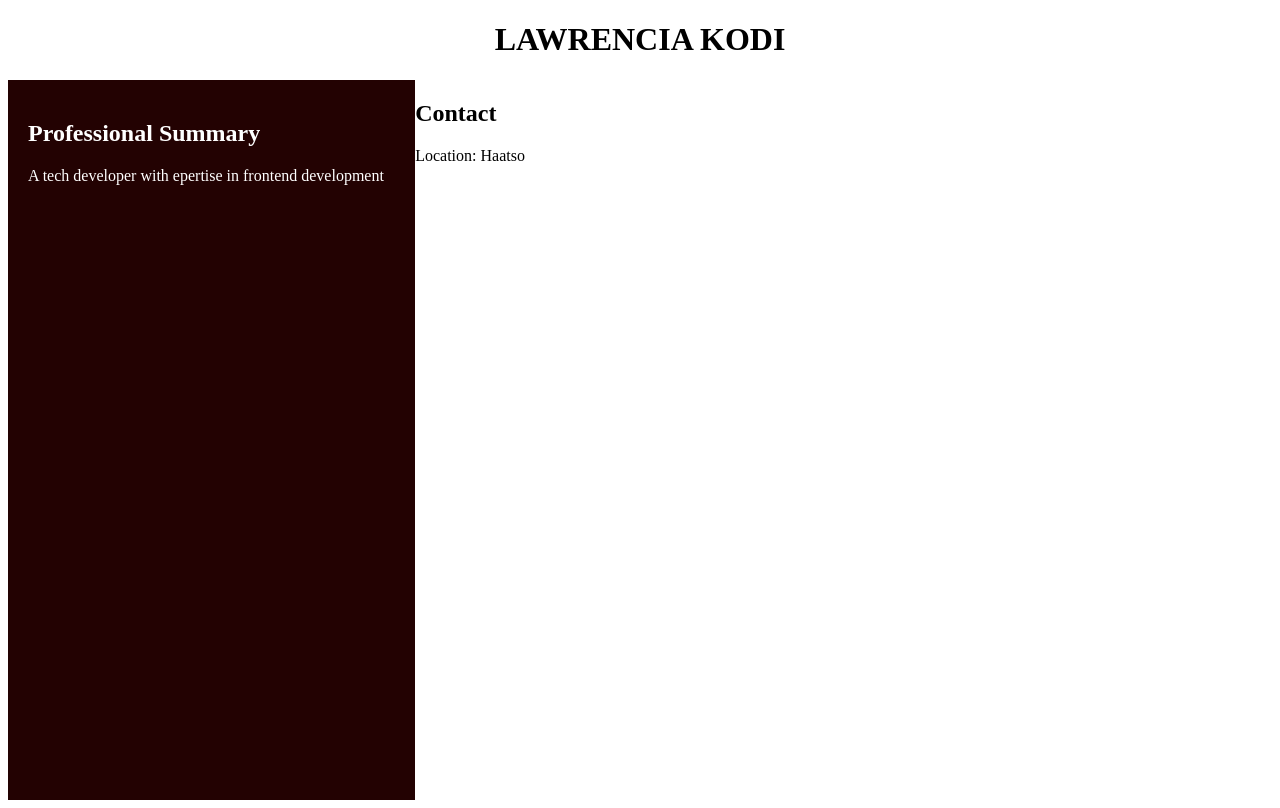
Repository: lawrencia-coder/T4G_CV
Page: index.html
These files come from the project's save history. The page is drawn as it stood at one moment and after a run of saves; the edit follows.
The browser window is 1280 px wide. The pictures show the whole page.
Some web libraries are served in a nearby version.

Above is the page before, as saved 2026-07-09 07:26:43.

After the next 2 saves:
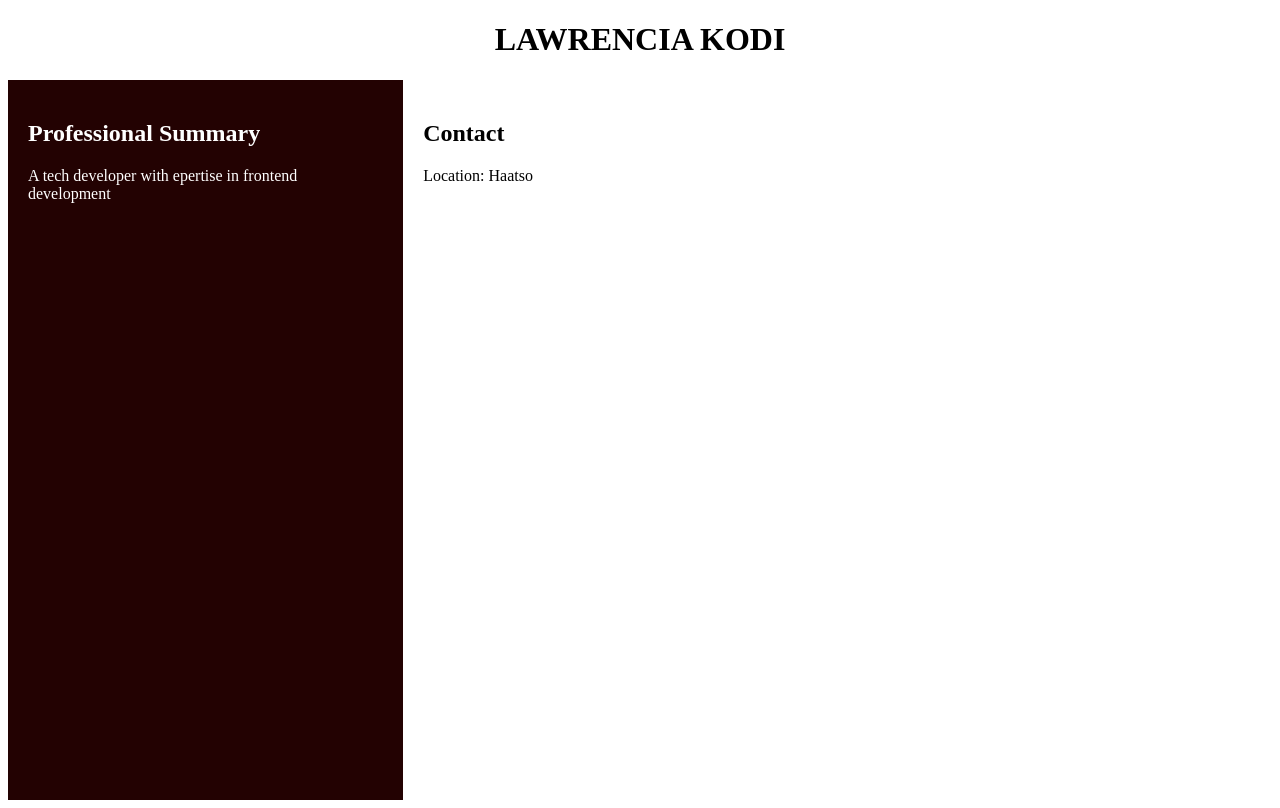
The 2 saves are shown as one change because they came seconds apart.
The last was saved 8 s later.
--- a/style.css
+++ b/style.css
@@ -20,5 +20,5 @@ padding: 20px;
     width: 70%;
     background-color: white;
     color: black;
-    padding
+    padding: 20px;
 }
